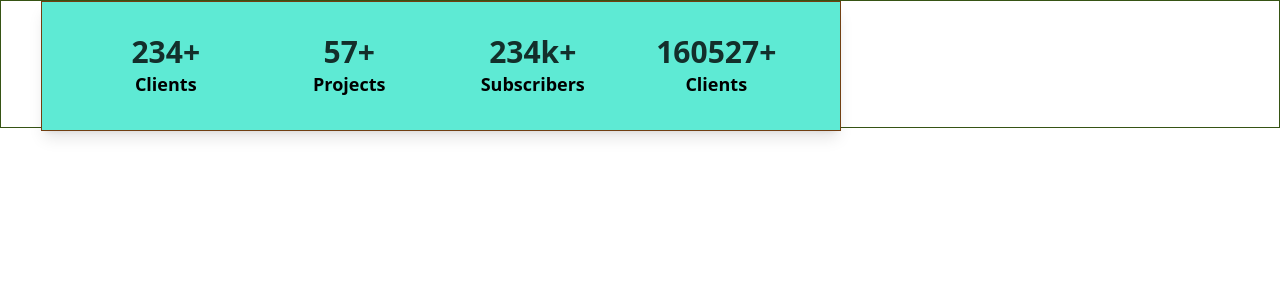
Repository: Kish202/Coz-Marketing-Site
Page: / (app in frontend/)
An editor plug-in stored every save of this project. The page is shown before and after the next save, followed by the edit.
The browser window is 1280 px wide. The pictures show the whole page.
The project was rebuilt for these pictures with package versions that can differ from the ones it lists, and the page was loaded fresh each time. Also part of the build but not shown: frontend/vite.config.js.

Above is the page before, as saved 2025-03-09 12:24:29.

### frontend/src/App.jsx
import { useState } from 'react'
import reactLogo from './assets/react.svg'
import viteLogo from '/vite.svg'
import './App.css'
import Service from './components/Service/Service'

function App() {
  const [count, setCount] = useState(0)

  return (


   <Service/>
  )
}

export default App

### frontend/src/components/Service/Service.jsx
import React from 'react'
import CountUp from "react-countup"

const Service =() =>{
  return (
    <section className="container h-12 md:h-32 border border-lime-900">
     <div className="grid grid-cols-4 w-full place-items-center  border border-yellow-900 bg-teal-300 p-2 shadow-lg dark:bg-violet-800 dark:text-white/70 md:max-w-[800px]  md:p-8">
    <div className="flex flex-col items-center justify-center " >



<h1 className="text-sm font-bold text-black/80 dark:text-white sm:text-lg md:text-3xl">
      <CountUp end={234} suffix="+" duration={2.75}/>

</h1>

<h1 className="sm:text-md text-xs font-bold md:text-lg">
Clients
</h1>




        </div>

        <div className="flex flex-col items-center justify-center">
  <h1 className="text-sm text-black/80 sm:text-lg md:text-3xl dark:text-white font-bold">
  <CountUp end={57} suffix="+" duratiion={2.75}/>  </h1>

    <h1 className="sm:text-md font-bold text-xs md:text-lg">
        Projects

        </h1>
            </div>

    <div className="flex flex-col items-center justify-center" >



        <h1 className="text-sm text-black/80 dark:text-white  sm:text-lg md:text-3xl font-bold">
<CountUp end={234}  suffix="k+" / >
        </h1>
<h1 className="font-bold  sm:text-md text-xs md:text-lg" >
Subscribers
</h1>


            </div>


<div className="flex flex-col items-center justify-center">
<h1 className="text-sm font-bold text-black/80 dark:text-white sm:text-lg md:text-3xl">
<CountUp start={-875.020}
end={160527.012} duration={2.75} separator="" suffix="+" />
</h1>


<h1 className="text-xs sm:text-md  font-bold md:text-lg ">
Clients
</h1>
</div>
</div>
    </section>
  )
}

export default Service

### frontend/tailwind.config.js
/** @type {import('tailwindcss').Config} */
export default {
  content: ["./index.html", "./src/**/*.{js,ts,jsx,tsx}"],
  darkMode: "class",
  theme: {
    extend: {
      screens: {
        xs: "480px",
      },
      colors: {
        primary: "#0070f3",
      },
    },

    container: {
      center: true,
      padding: {
        DEFAULT: "20px",
        md: "40px",
      },
    },
  },
  plugins: [],
};

Loaded but not shown: frontend/index.html (common file); frontend/src/main.jsx (common file); frontend/src/index.css (common file); frontend/src/App.css (common file)

After the next save:
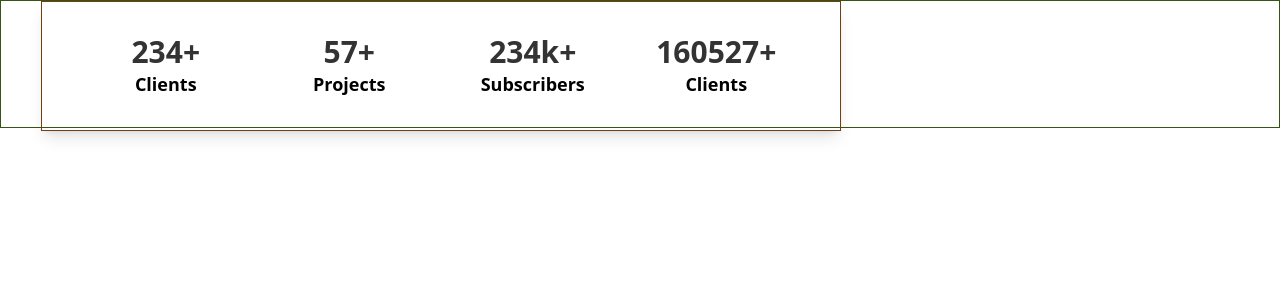
Saved 18 s later.
--- a/frontend/src/components/Service/Service.jsx
+++ b/frontend/src/components/Service/Service.jsx
@@ -4,7 +4,7 @@ import CountUp from "react-countup"
 const Service =() =>{
   return (
     <section className="container h-12 md:h-32 border border-lime-900">
-     <div className="grid grid-cols-4 w-full place-items-center  border border-yellow-900 bg-teal-300 p-2 shadow-lg dark:bg-violet-800 dark:text-white/70 md:max-w-[800px]  md:p-8">
+     <div className="grid grid-cols-4 w-full place-items-center  border border-yellow-900 bg--300 p-2 shadow-lg dark:bg-violet-800 dark:text-white/70 md:max-w-[800px]  md:p-8">
     <div className="flex flex-col items-center justify-center " >
 
 
